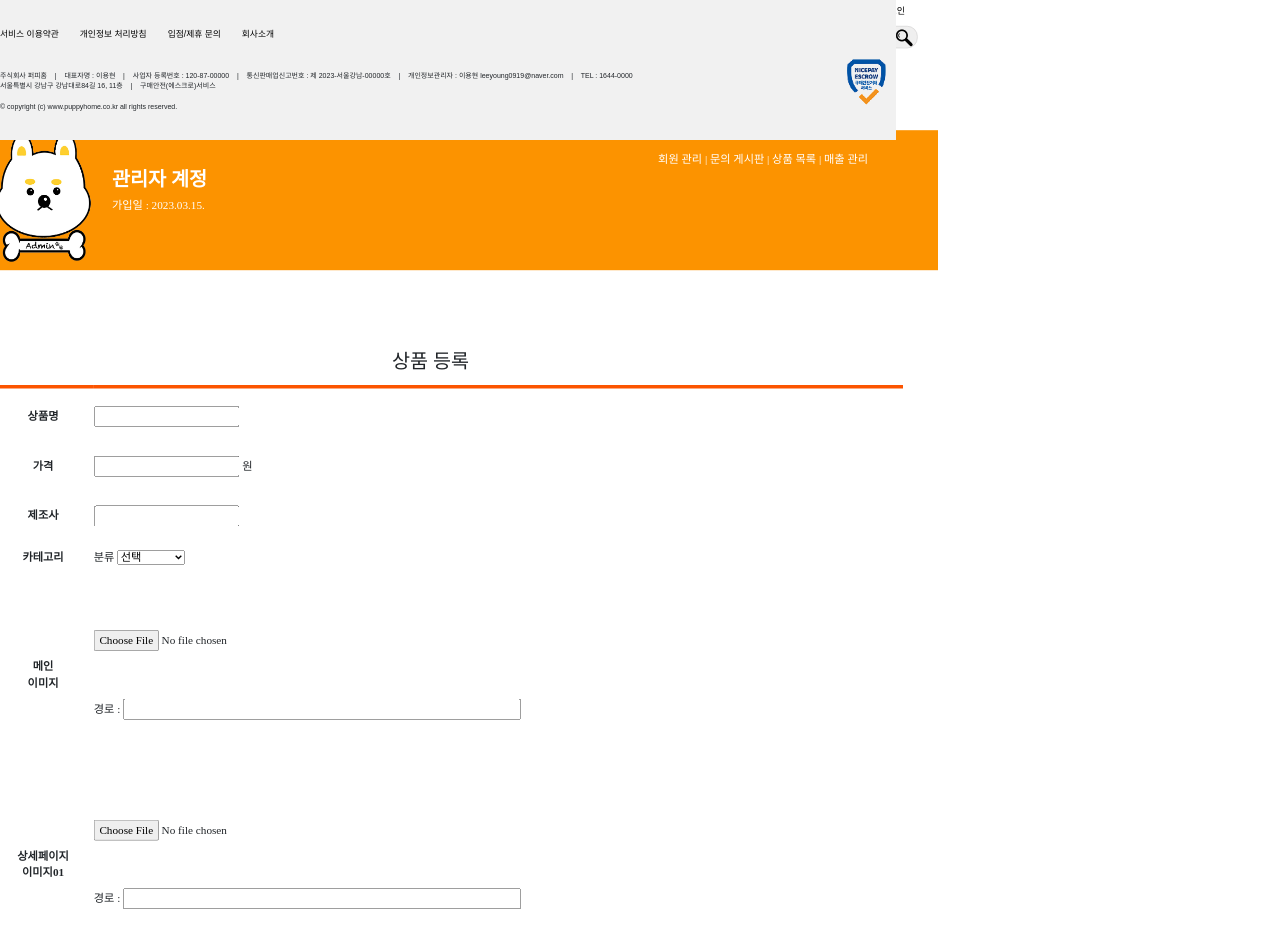
Repository: jiyekim315/puppyhome-shoppingmall
Page: http://localhost/Puppyhome/page/product/productRegister.jsp
The author's editor kept a copy of each file at every save. The page is drawn from the files as they stood at one save, then again after the next save.
The browser window is 1280 px wide. The page is 1340 px wide, then 1840 px, so the pictures cover 1840 px, including what lies to the right of the window. The pictures show the part of the page from y = 0 to 1360 px (the page is 2100 px tall), at 70% of full size.
Some web fonts or font styles are not loaded; a fallback is used. The page is served by Tomcat 9.

Above is the page before, as saved 2023-04-20 14:11:24.

After the next save:
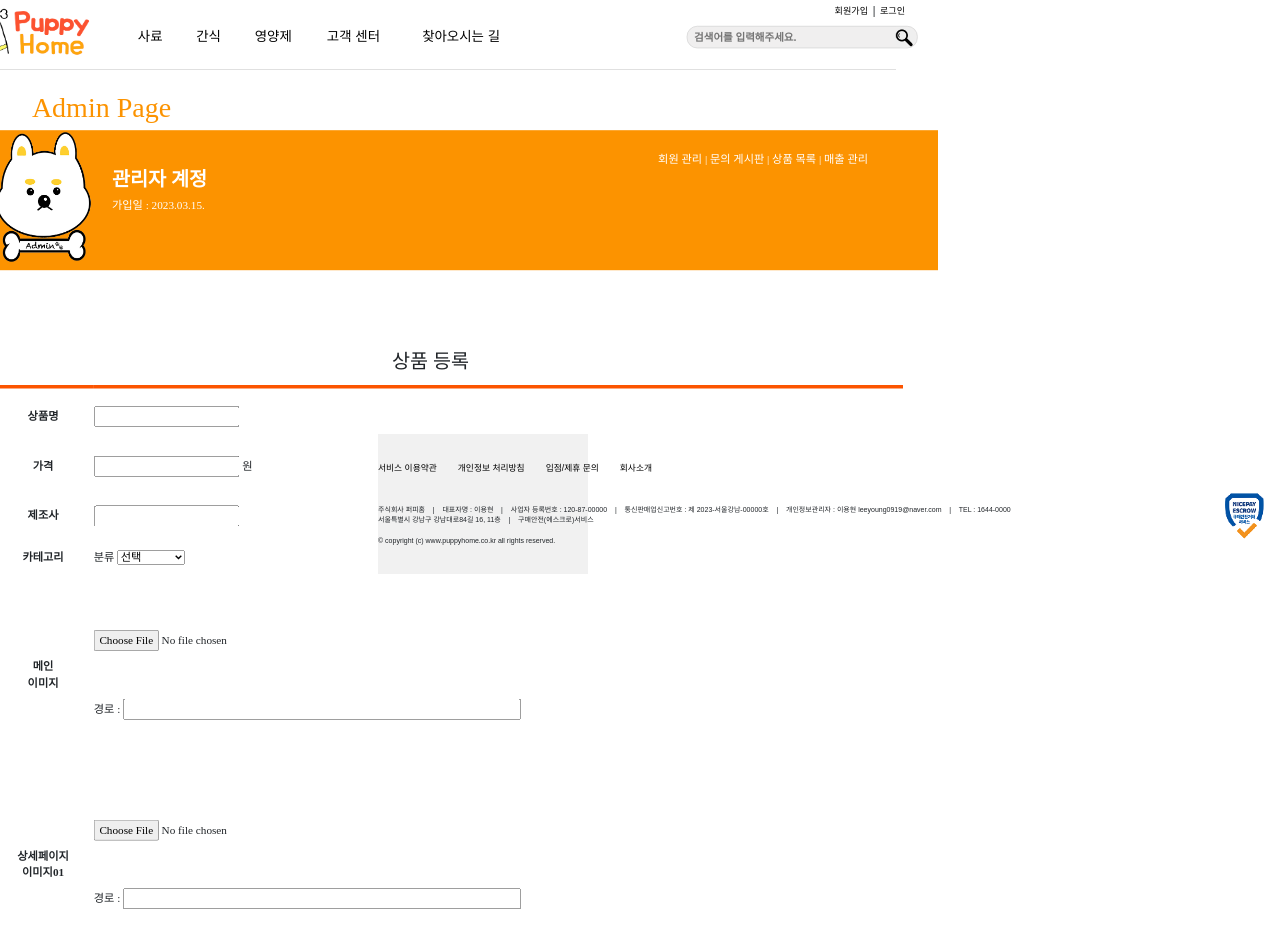
Saved 6 min 5 s later.
--- a/Shopping/Puppyhome/WebContent/page/product/productRegister.jsp
+++ b/Shopping/Puppyhome/WebContent/page/product/productRegister.jsp
@@ -16,6 +16,15 @@
 <style type="text/css">
 @charset "UTF-8";
 /* admin계정 UI */
+.bottom {
+            position: absolute;
+            left: calc(50% - 100px);
+            bottom: 0;
+            height: 100px;
+            width: 300px;
+            margin: 0 auto;
+        }
+
 
 /* 관리자 메인이미지  */
 .adminMainpage {
@@ -289,7 +298,8 @@
 			</div>
 		</section>
 		<%-- 푸터 영역 --%>
-	<footer>
+
+	<footer class="bottom">
 		<!-- footer -->
 		<jsp:include page="/page/include/footer.jsp"/>
 		<!-- footer 끝 -->
